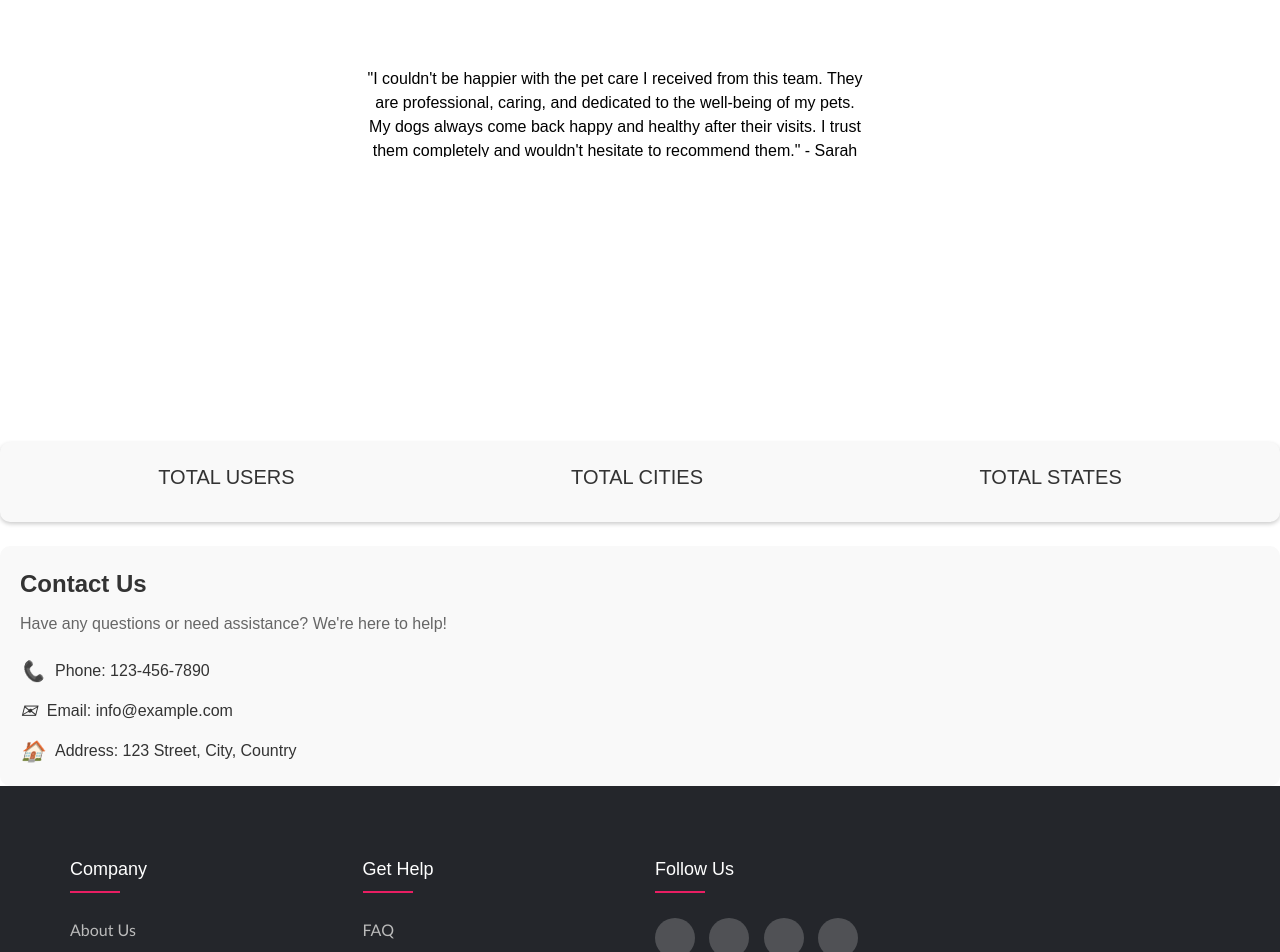
Repository: RishuGudigar/pawtakers
Page: templates/index.html
An editor plug-in stored every save of this project. The page is shown before and after the next save, followed by the edit.
The browser window is 1280 px wide. The pictures show the part of the page from y = 3158 to 4110 px (the page is 4296 px tall).
Some web fonts or font styles are not loaded; a fallback is used. The template is drawn by Django 4.2. The application's start-up code is not run. The template is opened directly, without the code that normally fills it, so the values that code supplies are empty.

Above is the page before, as saved 2023-06-07 14:24:39.

After the next save:
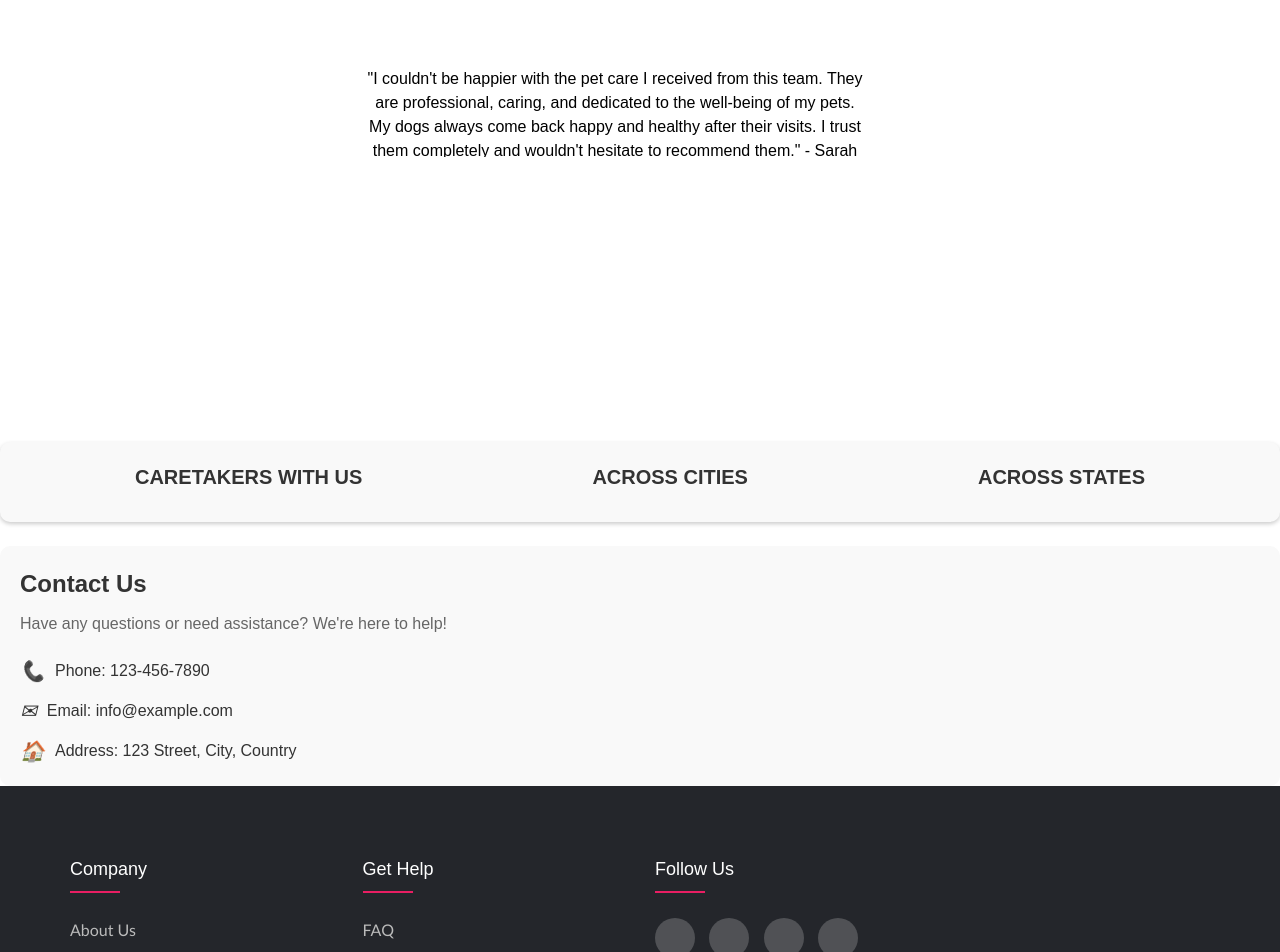
Saved 72 s later.
--- a/pawtakers/templates/index.html
+++ b/pawtakers/templates/index.html
@@ -560,17 +560,17 @@ ul{
 <div style="background-color: #f9f9f9; padding: 20px; border-radius: 10px; box-shadow: 0 2px 4px rgba(0, 0, 0, 0.2); transition: box-shadow 0.3s;">
     <div style="display: flex; justify-content: space-around;">
         <div style="text-align: center; animation: fadeInUp 0.5s ease-in-out;">
-            <div style="font-size: 20px; color: #333; font-family: 'Arial', sans-serif; text-transform: uppercase;">Total Users</div>
+            <div style="font-size: 20px; color: #333; font-family: 'Arial', sans-serif; text-transform: uppercase;font-weight: bold;">Caretakers with Us</div>
             <div style="font-size: 48px; color: #fee458; margin-bottom: 10px; font-family: 'Arial', sans-serif; text-shadow: 2px 2px 4px rgba(0, 0, 0, 0.3);">{{ user_count }}</div>
 
         </div>
         <div style="text-align: center; animation: fadeInUp 0.5s ease-in-out; animation-delay: 0.2s;">
-            <div style="font-size: 20px; color: #333; font-family: 'Arial', sans-serif; text-transform: uppercase;">Total Cities</div>
+            <div style="font-size: 20px; color: #333; font-family: 'Arial', sans-serif; text-transform: uppercase;font-weight: bold;">Across Cities</div>
             <div style="font-size: 48px; color: #fee458; margin-bottom: 10px; font-family: 'Arial', sans-serif; text-shadow: 2px 2px 4px rgba(0, 0, 0, 0.3);">{{ city_count }}</div>
 
         </div>
         <div style="text-align: center; animation: fadeInUp 0.5s ease-in-out; animation-delay: 0.4s;">
-            <div style="font-size: 20px; color: #333; font-family: 'Arial', sans-serif; text-transform: uppercase;">Total States</div>
+            <div style="font-size: 20px; color: #333; font-family: 'Arial', sans-serif; text-transform: uppercase;font-weight: bold;">Across States</div>
             <div style="font-size: 48px; color:#fee458; margin-bottom: 10px; font-family: 'Arial', sans-serif; text-shadow: 2px 2px 4px rgba(0, 0, 0, 0.3);">{{ state_count }}</div>
 
         </div>
